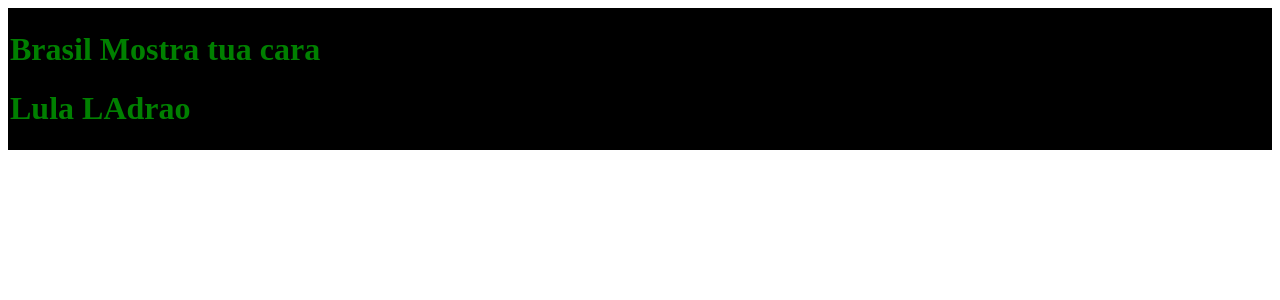
Repository: lcluizrj/meu-projeto-vscode
Page: / (app in cadastro-usuarios-devclub/)
These files come from the project's save history. The page is drawn as it stood at one moment and after the next save; the edit follows.
The browser window is 1280 px wide. The pictures show the whole page.
The project was rebuilt for these pictures with package versions that can differ from the ones it lists, and the page was loaded fresh each time. Also part of the build but not shown: cadastro-usuarios-devclub/vite.config.js.

Above is the page before, as saved 2026-08-11 18:07:41.

### cadastro-usuarios-devclub/index.html
<!doctype html>
<html lang="en">
  <head>
    <meta charset="UTF-8" />
    <link rel="icon" type="image/svg+xml" href="/favicon.svg" />
    <meta name="viewport" content="width=device-width, initial-scale=1.0" />
    <title>cadastro-usuarios-devclub</title>
  </head>
  <body>
    <div id="root"></div>
    <script type="module" src="/src/main.jsx"></script>
  </body>
</html>

### cadastro-usuarios-devclub/src/App.jsx
import { Container } from "./styles"

function App () {

return (
  <Container>
    <h1>Brasil Mostra tua cara</h1>
    <h1> Lula LAdrao </h1>
  </Container>
)

}

export default App

### cadastro-usuarios-devclub/src/styles.js
import styled from "styled-components"

export const Container = styled.div `
 background: black;
 border: solid 2px ;
 border-radius: 15;

h1 {
    font-size: 40;
    color: green;

}

`
export const title = styled.h2`

color: brown;
border: blue;
font-size: 100;



`

Loaded but not shown: cadastro-usuarios-devclub/src/main.jsx (common file)

After the next save:
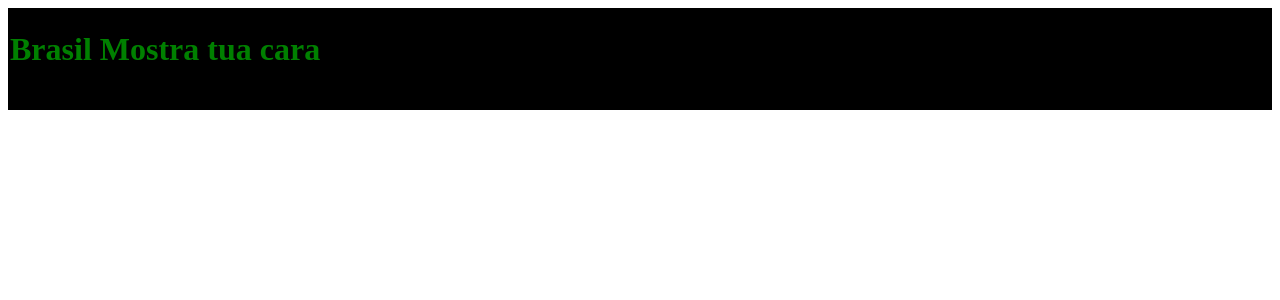
Saved 4 s later.
--- a/cadastro-usuarios-devclub/src/App.jsx
+++ b/cadastro-usuarios-devclub/src/App.jsx
@@ -5,7 +5,7 @@
 return (
   <Container>
     <h1>Brasil Mostra tua cara</h1>
-    <h1> Lula LAdrao </h1>
+    <> Lula LAdrao </>
   </Container>
 )
 
